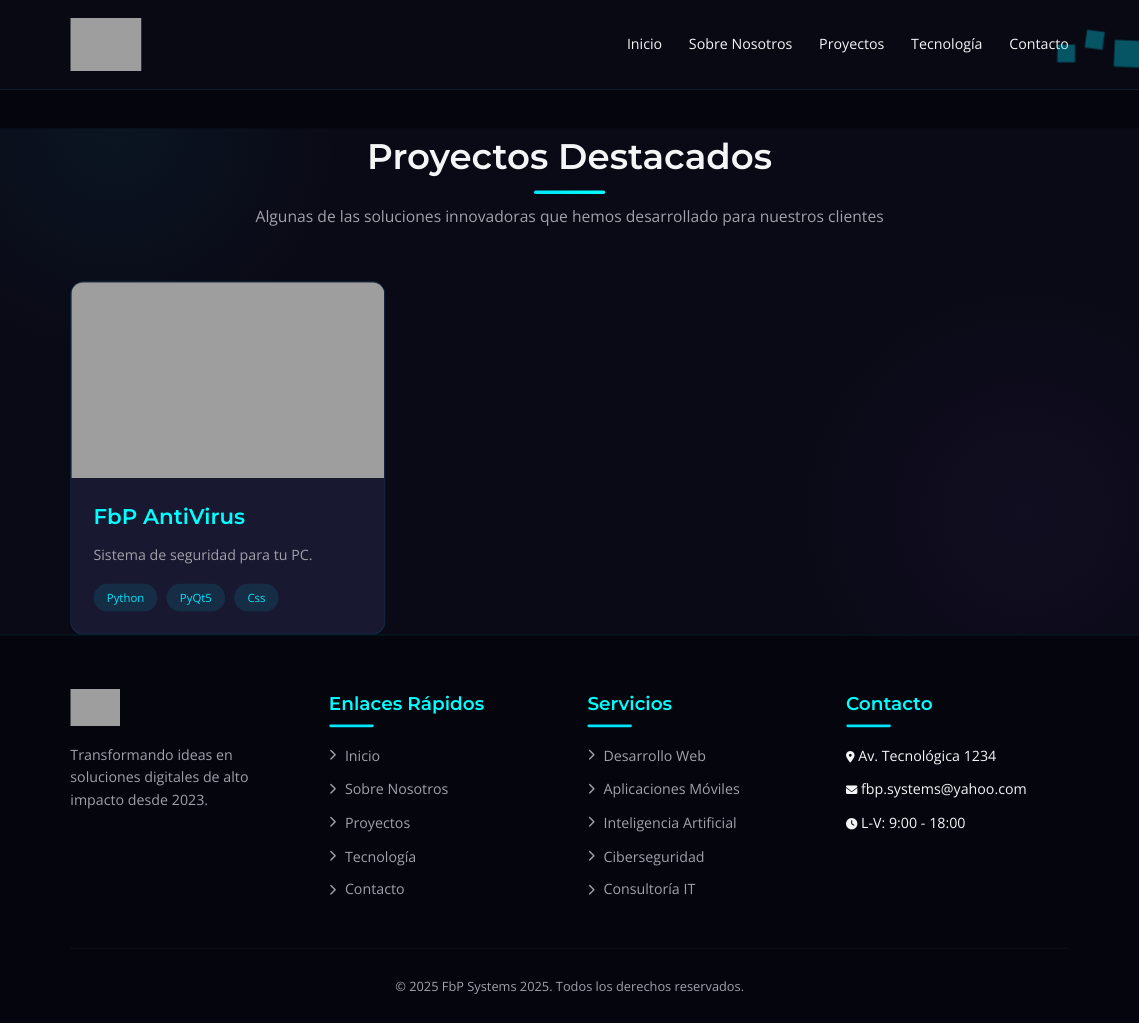
Repository: FabriDevelope/fbp-system
Page: proyectos.html
An editor plug-in stored every save of this project. The page is shown before and after the next save, followed by the edit.
The browser window is 1280 px wide. The pictures show the whole page, at 89% of full size.
Pictures or frames that could not be fetched are drawn as grey boxes.

Above is the page before, as saved 2025-08-01 17:13:45.

After the next save:
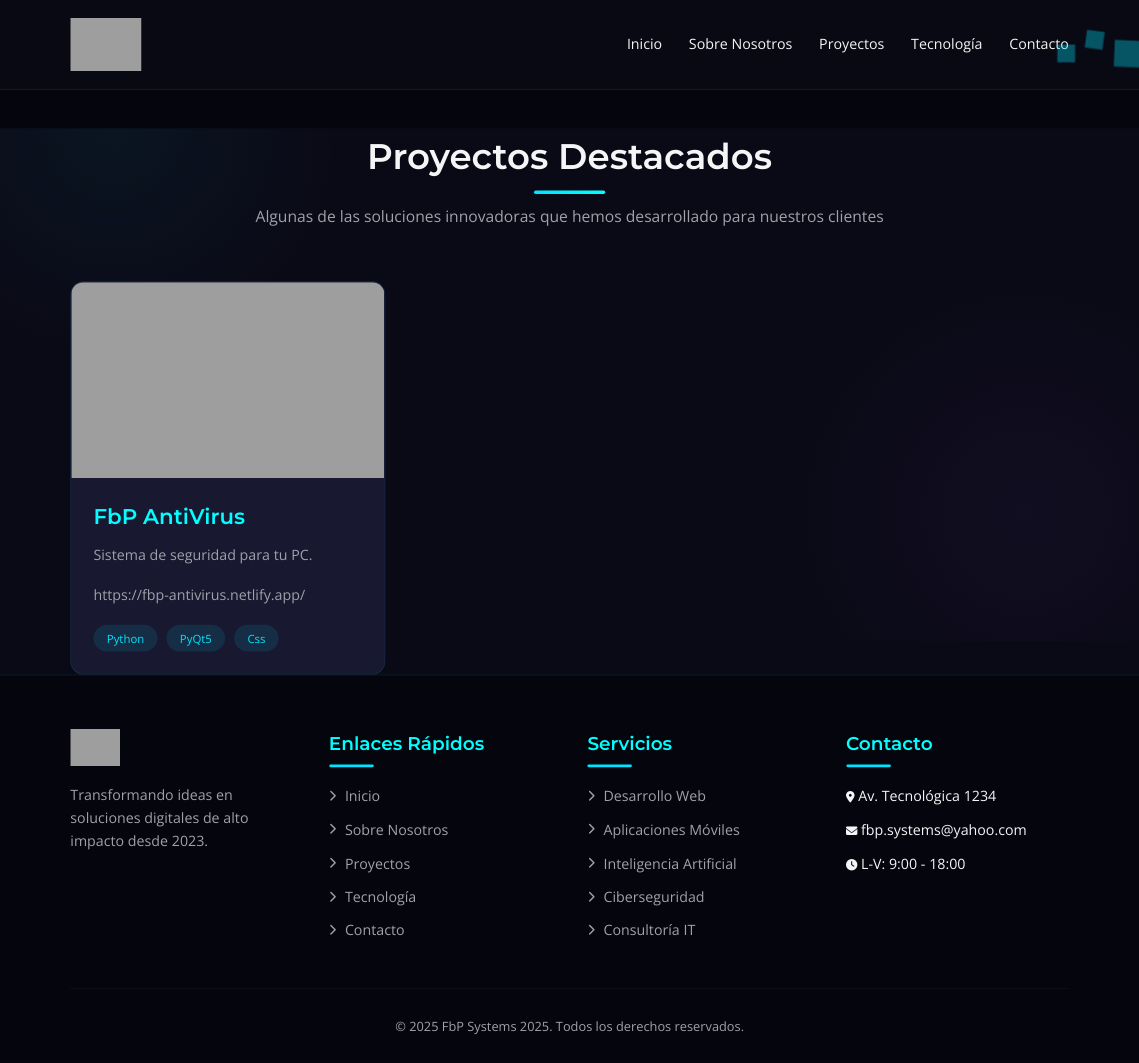
Saved 3 min 1 s later.
--- a/proyectos.html
+++ b/proyectos.html
@@ -54,6 +54,7 @@
                     <div class="project-content">
                         <h3>FbP AntiVirus</h3>
                         <p>Sistema de seguridad para tu PC.</p>
+                        <p>https://fbp-antivirus.netlify.app/</p>
                         <div class="project-tags">
                             <span class="project-tag">Python</span>
                             <span class="project-tag">PyQt5</span>
